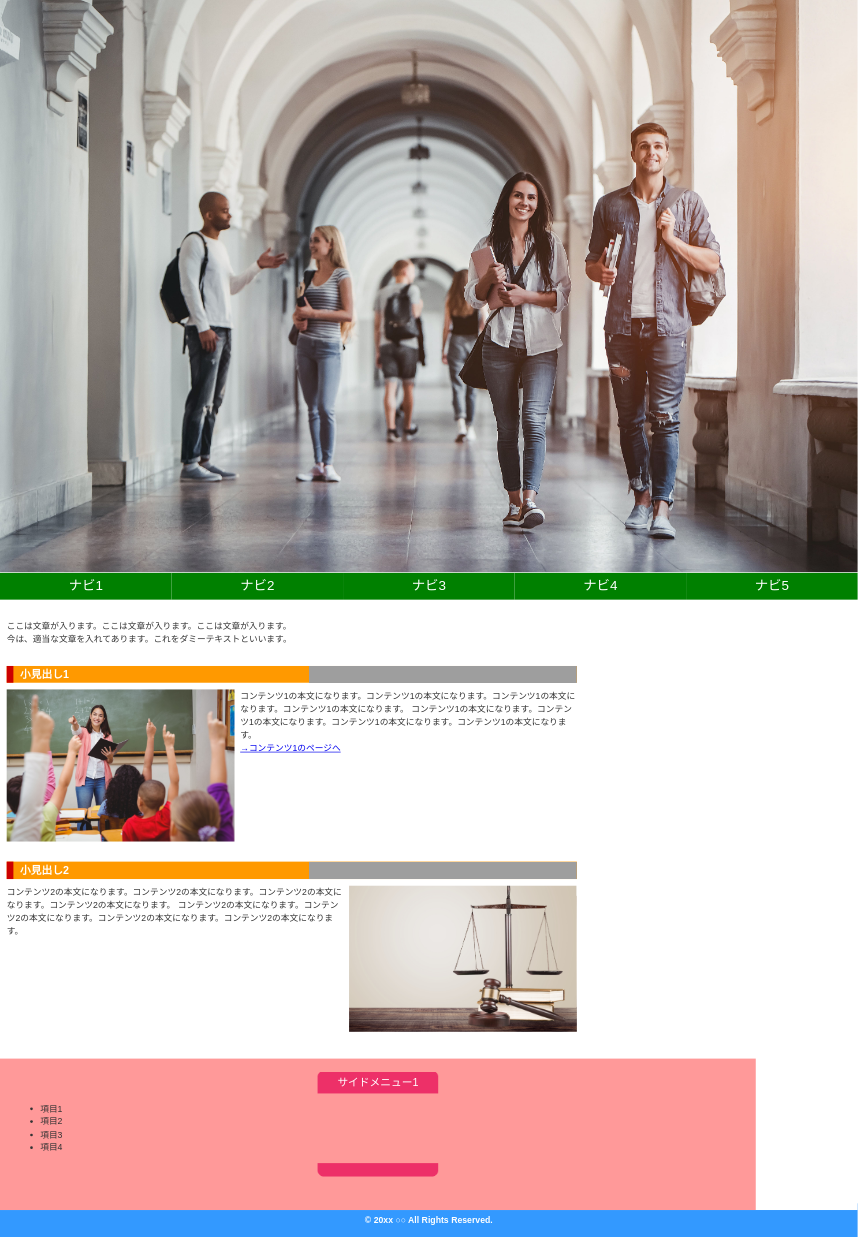
Repository: saekato/HTML
Page: home.html
The author's editor kept a record of every edit. The page is drawn from the files as they stood at one moment, then again after the next edit.
The browser window is 1280 px wide. The pictures show the whole page, at 67% of full size.
Pictures or frames that could not be fetched are drawn as grey boxes.

Above is the page before.

After the next edit:
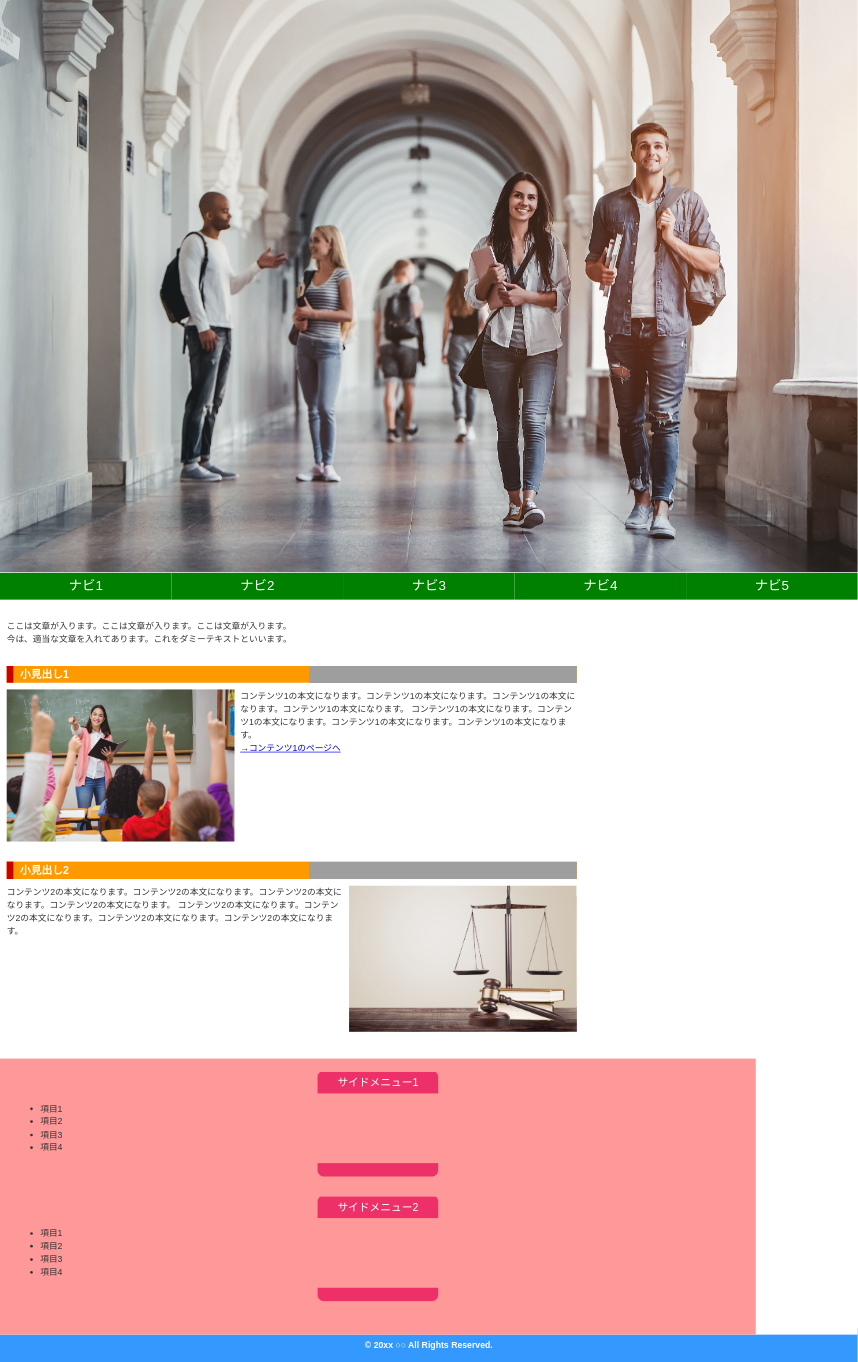
The edit:
--- a/home.html
+++ b/home.html
@@ -55,6 +55,17 @@
                             </ul>
                         </div>
                     </div>
+                    <div class="box">
+                        <h2>サイドメニュー2</h2>
+                        <div class="boxbody">
+                            <ul>
+                                <li>項目1</li>
+                                <li>項目2</li>
+                                <li>項目3</li>
+                                <li>項目4</li>
+                            </ul>
+                        </div>
+                    </div>
                 </div>
             </div>
             <div id="footer">
